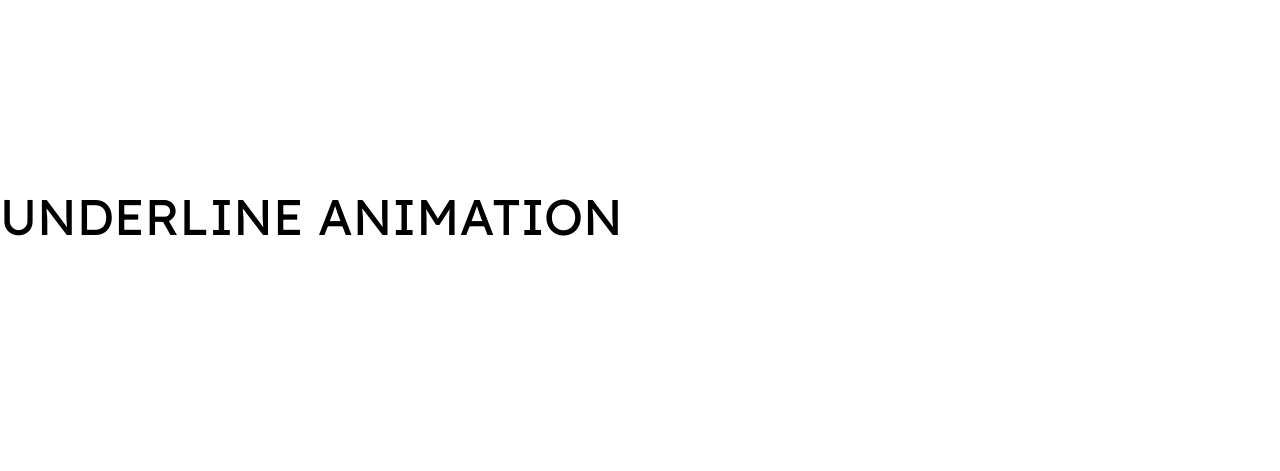
Repository: javals243/Reusable-component
Page: /
These files come from the project's save history. The page is drawn as it stood at one moment and after the next save; the edit follows.
The browser window is 1280 px wide. The pictures show the whole page.
The project was rebuilt for these pictures with package versions that can differ from the ones it lists, and the page was loaded fresh each time. The framework's server and built-in components were replaced by stand-ins that run in the browser. Also part of the build but not shown: next.config.js, components/MasonryLayout/MansonryLayout.tsx, components/ProductCard/ProductCard.tsx.

Above is the page before, as saved 2023-01-03 10:30:46.

After the next save:
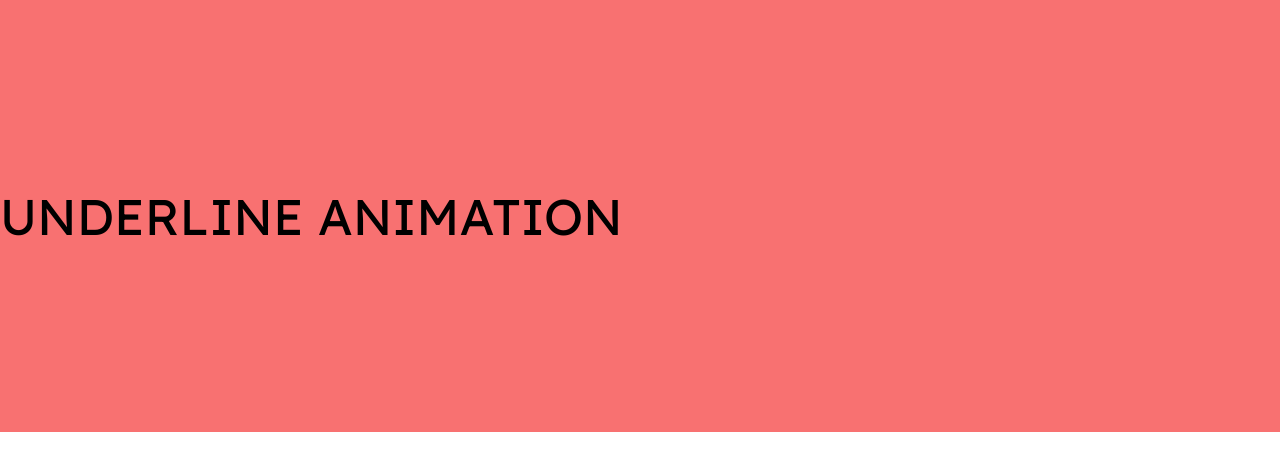
Saved 18 s later.
--- a/components/UnderlineAnimation/UnderlineAnimation.tsx
+++ b/components/UnderlineAnimation/UnderlineAnimation.tsx
@@ -2,7 +2,7 @@ import React from 'react'
 
 function UnderlineAnimation() {
   return (
-    <div className="flex h-[60vh]  justify-center items-center">
+    <div className="flex h-[60vh] bg-red-400  justify-center items-center">
       <a
         href=""
         className='underlineAnimation'
